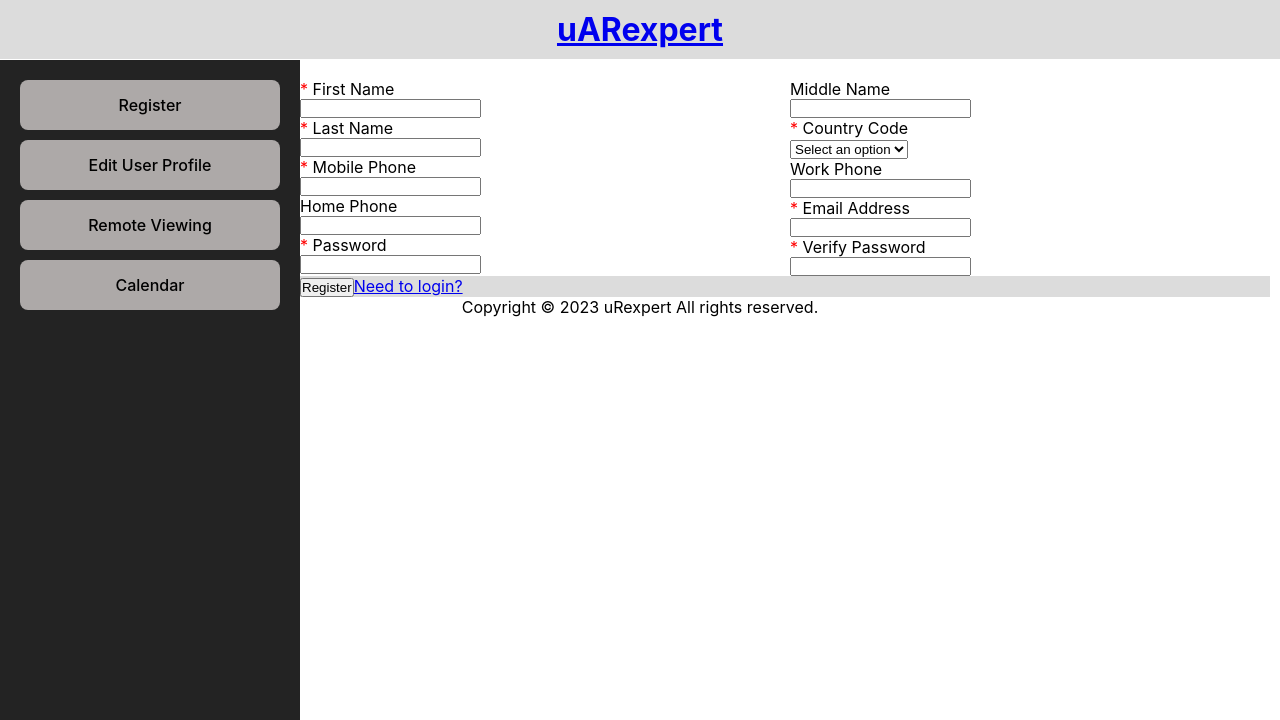
Repository: onionNguyen/Senior-Design-Project
Page: /register (app in frontend/)
The author's editor kept a copy of each file at every save. The page is drawn from the files as they stood at one save, then again after the next save.
The browser window is 1280 px wide. The pictures show the whole page.
The page's requests for data from a server got no answer. The project was rebuilt for these pictures with package versions that can differ from the ones it lists, and the page was loaded fresh each time. No one was signed in, and anything a server would have sent is missing. Also part of the build but not shown: frontend/src/components/pages/edit-user-profile/EditProfile.module.css, frontend/src/components/pages/edit-user-profile/EditProfile.js, frontend/src/components/pages/login/Login.module.css, frontend/src/components/pages/login/Login.js, frontend/src/components/pages/home/Home.module.css, frontend/src/components/pages/error/Unauthorized.js, frontend/src/components/pages/home/Home.js, frontend/src/components/pages/error/NotFound.js and 2 more.

Above is the page before, as saved 2023-10-27 03:35:39.

### frontend/src/index.css
* {
  box-sizing: border-box;
  margin: 0;
  padding: 0;
}

body {
  font-family: -apple-system, BlinkMacSystemFont, "Segoe UI", "Roboto", "Oxygen",
    "Ubuntu", "Cantarell", "Fira Sans", "Droid Sans", "Helvetica Neue",
    sans-serif;
  -webkit-font-smoothing: antialiased;
  -moz-osx-font-smoothing: grayscale;
}

code {
  font-family: source-code-pro, Menlo, Monaco, Consolas, "Courier New",
    monospace;
}

### frontend/src/App.js
import { BrowserRouter as Router, Routes, Route } from "react-router-dom";
import EditProfile from "./components/pages/edit-user-profile/EditProfile";
import Login from "./components/pages/login/Login";
import Home from "./components/pages/home/Home";
import Register from "./components/pages/registration/Register";
import { AuthContext } from "./helpers/AuthContext";
import { useState, useEffect } from "react";
import axios from "axios";
import NotFound from "./components/pages/error/NotFound";
import Calendar from "./components/pages/calendar/Calendar";
import RemoteViewing from "./components/pages/remote-viewing/RemoteViewing";

function App() {
  const [authState, setAuthState] = useState({
    id: 0,
    name: "",
    email: "",
    status: false,
  });

  useEffect(() => {
    axios
      .get("http://localhost:5000/auth", {
        headers: {
          accessToken: localStorage.getItem("accessToken"),
        },
      })
      .then((response) => {
        console.log(response.data);
        if (response.data.error) {
          setAuthState({
            ...authState,
            status: false,
          });
        } else {
          setAuthState({
            id: response.data.id,
            name: response.data.name,
            email: response.data.email,
            status: true,
          });
        }
      });
  }, [authState]);

  return (
    <AuthContext.Provider value={{ authState, setAuthState }}>
      <Router>
        <Routes>
          <Route path="/" exact element={<Home />} />
          <Route path="/register" exact element={<Register />} />
          <Route path="/login" exact element={<Login />} />
          <Route path="/profile/edit" exact element={<EditProfile />} />
          <Route path="/calendar" exact element={<Calendar />} />
          <Route path="/remote-viewing" exact element={<RemoteViewing />} />
          <Route path="*" exact element={<NotFound />} />
        </Routes>
      </Router>
    </AuthContext.Provider>
  );
}

export default App;

### frontend/src/components/pages/registration/Register.js
import React, { useState, useEffect } from "react";
import { useNavigate } from "react-router-dom";
import axios from "axios";
import Footer from "../../footer/Footer";
import Header from "../../header/Header";
import SideNav from "../../sidenav/SideNav";
import Input from "../../form/Input";
import styles from "./Register.module.css";
import IndicatesRequired from "../../form/IndicatesRequired";
import MessageRibbon from "../../form/MessageRibbon";

const Register = () => {
  const navigate = useNavigate();

  const [formData, setFormData] = useState({
    first_name: "",
    middle_name: "",
    last_name: "",
    country_name: "",
    mobile_phone: "",
    work_phone: "",
    home_phone: "",
    email: "",
    password: "",
    verify_password: "",
  });

  const [errorMessages, setErrorMessages] = useState([]);

  const [countryCodes, setCountryCodes] = useState([]);

  useEffect(() => {
    axios
      .get("http://localhost:5000/countries")
      .then((response) => {
        setCountryCodes(response.data.countries);
      })
      .catch((error) => {
        console.error("Error fetching country codes:", error);
      });
  }, []);

  const handleInputChange = (event) => {
    const { name, value } = event.target;
    console.log(value);
    setFormData({ ...formData, [name]: value });
  };

  const isValidEmail = (email) => {
    const emailPattern = /^[a-zA-Z0-9._%+-]+@[a-zA-Z0-9.-]+\.[a-zA-Z]{2,}$/;
    return emailPattern.test(email);
  };

  const isValidPhoneNumber = (phoneNumber) => {
    const phonePattern = /^[0-9]{10}$/;
    return phonePattern.test(phoneNumber);
  };

  const handleSubmit = (event) => {
    event.preventDefault();
    console.log(formData);

    const errors = [];

    const fieldToLablesMap = {
      first_name: "First name",
      middle_name: "Middle name",
      last_name: "Last name",
      country_name: "Country code",
      mobile_phone: "Mobile phone",
      work_phone: "Work phone",
      home_phone: "Home phone",
      email: "Email address",
      password: "Password",
      verify_password: "Verify password",
    };

    // Validation for required fields
    const requiredFields = [
      "first_name",
      "last_name",
      "country_name",
      "mobile_phone",
      "email",
      "password",
      "verify_password",
    ];

    requiredFields.forEach((field) => {
      if (!formData[field]) {
        errors.push(`${fieldToLablesMap[field]} is required.`);
      }
    });

    // Validation for field lengths
    const fieldsToCheckLength = [
      "first_name",
      "middle_name",
      "last_name",
      "email",
      "password",
      "verify_password",
    ];
    fieldsToCheckLength.forEach((field) => {
      if (formData[field] && formData[field].length > 50) {
        errors.push(
          `${fieldToLablesMap[field]} must be 50 characters or less.`
        );
      }
    });

    // Validation for phone numbers (mobile, work, home)
    const phoneFields = ["mobile_phone", "work_phone", "home_phone"];
    phoneFields.forEach((field) => {
      if (
        formData[field] &&
        (formData[field].length > 10 || !isValidPhoneNumber(formData[field]))
      ) {
        errors.push(
          `${fieldToLablesMap[field]} must be 10 characters or less and valid.`
        );
      }
    });

    // Validation for email
    if (formData.email && !isValidEmail(formData.email)) {
      errors.push("Invalid email address.");
    }

    // Validation for password and verify_password
    if (formData.password !== formData.verify_password) {
      errors.push("Passwords do not match.");
    }

    console.log(errors);
    if (errors.length === 0) {
      axios
        .post("http://localhost:5000/register", formData)
        .then((response) => {
          console.log(response.data);
          navigate("/login");
        })
        .catch((error) => {
          console.error("Error registering user:", error);
        });
      setErrorMessages([]);
      setFormData({
        first_name: "",
        middle_name: "",
        last_name: "",
        country_name: "",
        mobile_phone: "",
        work_phone: "",
        home_phone: "",
        email: "",
        password: "",
        verify_password: "",
      });
    } else {
      setErrorMessages(errors);
    }
  };

  return (
    <div>
      <Header />
       <SideNav />
      <MessageRibbon messageList={errorMessages} />
      <IndicatesRequired />
      <form onSubmit={handleSubmit} noValidate>
        <div className={styles["form-container"]}>
          <div className={styles["form-sub-container"]}>
            <Input
              label={"First Name"}
              type={"text"}
              name={"first_name"}
              value={formData.first_name}
              onChange={handleInputChange}
              required={true}
            />
            <Input
              label={"Last Name"}
              type={"text"}
              name={"last_name"}
              value={formData.last_name}
              onChange={handleInputChange}
              required={true}
            />
            <Input
              label={"Mobile Phone"}
              type={"text"}
              name={"mobile_phone"}
              value={formData.mobile_phone}
              onChange={handleInputChange}
              required={true}
            />
            <Input
              label={"Home Phone"}
              type={"text"}
              name={"home_phone"}
              value={formData.home_phone}
              onChange={handleInputChange}
              required={false}
            />
            <Input
              label={"Password"}
              type={"password"}
              name={"password"}
              value={formData.password}
              onChange={handleInputChange}
              required={true}
            />
          </div>
          <div className={styles["form-sub-container"]}>
            <Input
              label={"Middle Name"}
              type={"text"}
              name={"middle_name"}
              value={formData.middle_name}
              onChange={handleInputChange}
              required={false}
            />
            <Input
              label={"Country Code"}
              type={"select"}
              name={"country_name"}
              value={formData.country_name}
              onChange={handleInputChange}
              required={true}
              countryCodes={countryCodes}
            />
            <Input
              label={"Work Phone"}
              type={"text"}
              name={"work_phone"}
              value={formData.work_phone}
              onChange={handleInputChange}
              required={false}
            />
            <Input
              label={"Email Address"}
              type={"email"}
              name={"email"}
              value={formData.email}
              onChange={handleInputChange}
              required={true}
            />
            <Input
              label={"Verify Password"}
              type={"password"}
              name={"verify_password"}
              value={formData.verify_password}
              onChange={handleInputChange}
              required={true}
            />
          </div>
        </div>
        <div className={styles["button-ribbon"]}>
          <button>Register</button>
          <a href="http://localhost:3000/login">Need to login?</a>
        </div>
      </form>
      <Footer />
    </div>
  );
};

export default Register;

### frontend/src/components/footer/Footer.js
import React from "react";
import styles from "./Footer.module.css";

const Footer = () => {
  return (
    <div className={styles["footer"]}>
      <p>Copyright &copy; 2023 uRexpert All rights reserved.</p>
    </div>
  );
};

export default Footer;

### frontend/src/components/header/Header.js
import React from "react";
import styles from "./Header.module.css";
import { useContext } from "react";
import { AuthContext } from "../../helpers/AuthContext";
import { useNavigate, Link } from "react-router-dom";

const Header = () => {
  const { authState, setAuthState } = useContext(AuthContext);
  const navigate = useNavigate();

  const logout = () => {
    localStorage.removeItem("accessToken");
    setAuthState({
      id: 0,
      name: "",
      email: "",
      status: false,
    });
    navigate("/login");
  };

  return (
    <div className={styles["header"]}>
      <Link to="/">
        <h1>uARexpert</h1>
      </Link>
      {authState.status && <h2>{authState.name}</h2>}
      {authState.status && <button onClick={logout}>Logout</button>}
    </div>
  );
};

export default Header;

### frontend/src/components/sidenav/SideNav.js
import React from "react";
import styles from "./SideNav.module.css";
import { Link } from 'react-router-dom';

const SideNav = (props) => {
  return (
    <div className={styles.sidenav}>
      <ul className={styles.listGroup}>
        <li className={styles.listItem}>
          <Link to="/register">Register</Link>
        </li>
        <li className={styles.listItem}>
          <Link to="/profile/edit">Edit User Profile</Link>
        </li>
        <li className={styles.listItem}>
          <Link to="/remote-viewing">Remote Viewing</Link>
        </li>
        <li className={styles.listItem}>
          <Link to="/calendar">Calendar</Link>
        </li>
      </ul>
    </div>
  );
};

export default SideNav;

### frontend/src/components/form/Input.js
import React from "react";
import styles from "./Form.module.css";

const Input = ({
  label,
  type,
  name,
  value,
  onChange,
  required,
  countryCodes,
}) => {
  return (
    <>
      <label className={styles["display-block"]} htmlFor={name}>
        {required && <span className={styles["required"]}>* </span>}
        {label}
      </label>
      {type === "select" && (
        <select
          name={name}
          id={name}
          value={value}
          onChange={(e) => onChange(e)}
          required={required}
        >
          <option value="" disabled hidden>
            Select an option
          </option>
          {countryCodes.map((countryCode, index) => (
            <option key={index} value={countryCode.name}>
              {countryCode.name} ({countryCode.code})
            </option>
          ))}
        </select>
      )}
      {(type === "text" || type === "email" || type === "password") && (
        <input
          className={styles["display-block"]}
          type={type}
          name={name}
          id={name}
          value={value}
          onChange={(e) => onChange(e)}
          required={required}
        />
      )}
    </>
  );
};

export default Input;

### frontend/src/components/form/IndicatesRequired.js
import React from "react";
import styles from "./Form.module.css";

const IndicatesRequired = () => {
  return (
    <div>
      <span className={styles["required"]}>* </span>
      <span>Indicates Required</span>
    </div>
  );
};

export default IndicatesRequired;

### frontend/src/components/form/MessageRibbon.js
import React from "react";

const MessageRibbon = ({ messageList }) => {
  return (
    <>
      <ul>
        {messageList.map((message, index) => {
          return <li key={index}>{message}</li>;
        })}
      </ul>
    </>
  );
};

export default MessageRibbon;

### frontend/src/components/pages/registration/Register.module.css
.form-container {
  display: flex;
  margin-left: 300px; /* equal to the width of the sidenav to avoid overlap */
  position: relative;
  z-index: 2;
}

.form-sub-container {
  width: 50%;
}

.button-ribbon {
  background-color: gainsboro;
  margin-left: 300px;
  margin-right: 10px;
}

### frontend/src/components/header/Header.module.css
.header {
  display: flex;
  justify-content: center;
  align-items: center;
  background-color: gainsboro;
  padding: 10px 20px;
}

.left-aligned {
  display: flex;
  align-items: center;
}

#logo img {
  margin-right: 15px; /* Adjust as needed */
}

### frontend/src/components/sidenav/SideNav.module.css
.sidenav {
  height: calc(100vh - 60px);
  width: 300px; /* Fixed width to ensure uniform look across different screens */
  max-width: 80%; /* Ensure it doesn't consume too much space on smaller screens */
  z-index: 1;
  top: 60px;
  left: 0;
  background-color: #232323; /* Darker color for contrast */
  transition: 0.5s ease;
  overflow-x: hidden;
  padding: 20px;
  display: flex;
  flex-direction: column;
  align-items: center;
  position: fixed;
  overflow-y: auto;
}

.listGroup {
  width: 100%;
  list-style-type: none;
  padding: 0;
}

.listItem {
  width: 100%;
  padding: 15px 10px;
  text-align: center;
  margin-bottom: 10px;
  border-radius: 8px; /* Added border radius */
  background-color: #ada9a8;
  transition: background-color 0.3s ease; /* Transition effect for hover */
}

.listItem:hover {
  background-color: #7a7675; /* Change color on hover */
}

.listItem a {
  text-decoration: none;
  color: black; /* Ensure text is black, change as per your preference */
  font-weight: 500; /* Slightly bolder font */
  transition: color 0.3s ease; /* Transition effect for hover */
}

.listItem a:hover {
  color: white; /* Change color on hover */
}

### frontend/src/components/form/Form.module.css
.display-block {
  display: block;
}

.required {
  color: red;
}

Loaded but not shown: frontend/public/index.html (common file); frontend/src/index.js (common file); frontend/src/reportWebVitals.js (common file); frontend/src/helpers/AuthContext.js (common file); frontend/src/components/footer/Footer.module.css (common file)

After the next save:
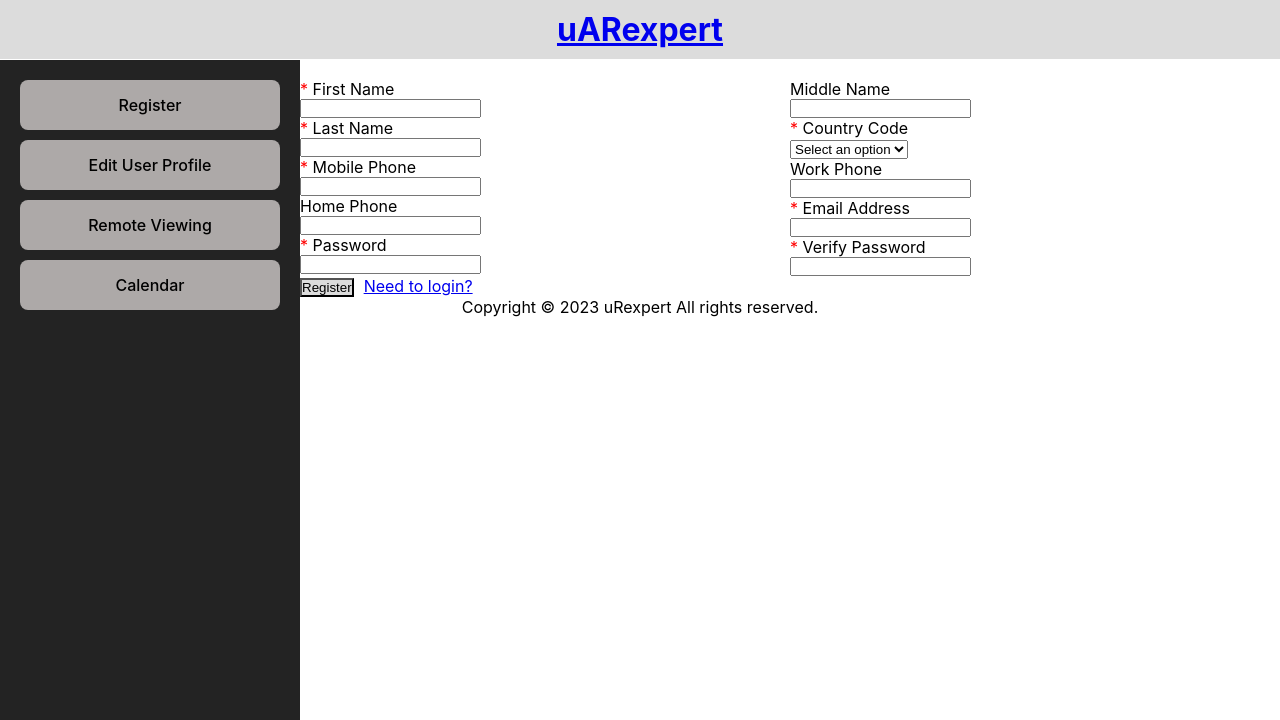
Saved 26 s later.
--- a/frontend/src/components/pages/registration/Register.module.css
+++ b/frontend/src/components/pages/registration/Register.module.css
@@ -9,7 +9,7 @@
   width: 50%;
 }
 
-.button-ribbon {
+.button-ribbon button:not(:last-child) {
   background-color: gainsboro;
   margin-left: 300px;
   margin-right: 10px;
